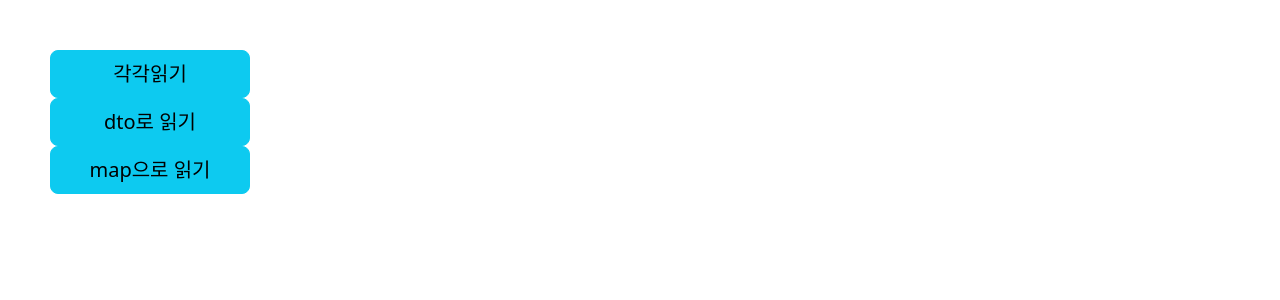
Repository: UZCHA/Sist0103Project
Page: http://localhost/SpringMvcFileUploadEx6/
An editor plug-in stored every save of this project. The page is shown before and after the next save, followed by the edit.
The browser window is 1280 px wide. The pictures show the whole page.
Some web fonts or font styles are not loaded; a fallback is used. The page is served by Tomcat 9. Other server files are loaded and not shown.

Above is the page before, as saved 2024-05-07 02:21:07.

### sts3work/SpringMvcFileUploadEx6/src/main/webapp/WEB-INF/day0507/menu.jsp
<%@ page language="java" contentType="text/html; charset=utf-8"
    pageEncoding="utf-8"%>
<%@ taglib prefix="c" uri="http://java.sun.com/jsp/jstl/core" %>
<%@ taglib prefix="fmt" uri="http://java.sun.com/jsp/jstl/fmt" %>
<!DOCTYPE html>
<html>
<head>
<meta charset="UTF-8">
<link href="https://cdn.jsdelivr.net/npm/bootstrap@5.3.2/dist/css/bootstrap.min.css" rel="stylesheet">
<link href="https://fonts.googleapis.com/css2?family=Dongle&family=Gaegu&family=Nanum+Pen+Script&family=Noto+Sans+KR:wght@100..900&family=Noto+Serif+KR&display=swap" rel="stylesheet">
<script src="https://code.jquery.com/jquery-3.7.0.js"></script>
<title>Insert title here</title>
</head>
<body>
<div style="margin: 50px 50px;">
	<button class="btn btn-info btn-lg" style="width: 200px;"
	onclick="location.href='shop/form1'">각각읽기</button>
	<br>
	<button class="btn btn-info btn-lg" style="width: 200px;"
	onclick="location.href='shop/form2'">dto로 읽기</button>
	<br>
	<button class="btn btn-info btn-lg" style="width: 200px;"
	onclick="location.href='shop/form3'">map으로 읽기</button>
	<br>
</div>
</body>
</html>

After the next save:
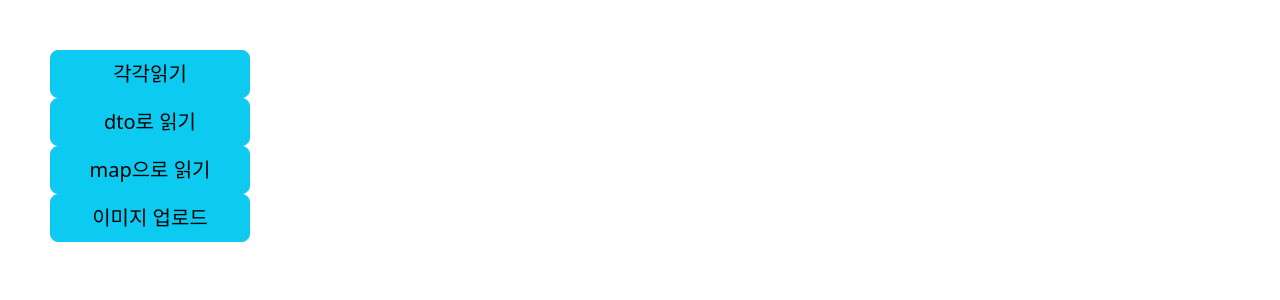
Saved 19 s later.
--- a/sts3work/SpringMvcFileUploadEx6/src/main/webapp/WEB-INF/day0507/menu.jsp
+++ b/sts3work/SpringMvcFileUploadEx6/src/main/webapp/WEB-INF/day0507/menu.jsp
@@ -22,6 +22,9 @@
 	<button class="btn btn-info btn-lg" style="width: 200px;"
 	onclick="location.href='shop/form3'">map으로 읽기</button>
 	<br>
+	<button class="btn btn-info btn-lg" style="width: 200px;"
+	onclick="location.href='shop/form4'">이미지 업로드</button>
+	<br>
 </div>
 </body>
 </html>
